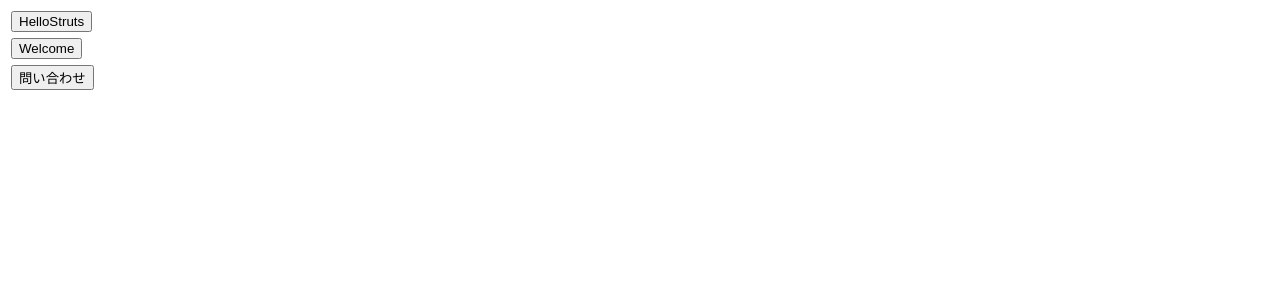
Repository: nhikaru/backup
Page: http://localhost/WebProj2/
An editor plug-in stored every save of this project. The page is shown before and after the next save, followed by the edit.
The browser window is 1280 px wide. The pictures show the whole page.
The page is served by Tomcat 9. Other server files are loaded and not shown.

Above is the page before, as saved 2018-01-12 05:14:48.

### WebProj2/WebContent/index.jsp
<%@ page language="java" contentType="text/html; charset=UTF-8"
    pageEncoding="UTF-8"%>
<%@ taglib prefix="s" uri="/struts-tags" %>
<!DOCTYPE html>
<html>
<head>
<meta charset="UTF-8">
<title>INDEX</title>
</head>
<body>
	<s:form action="HelloStrutsAction">
	<s:submit value="HelloStruts"/>
	</s:form>

	<s:form action="WelcomeAction">
	<s:submit value="Welcome"/>
	</s:form>

	<s:form action="InquiryAction">
	<s:submit value="問い合わせ"/>
	</s:form>

</body>
</html>

After the next save:
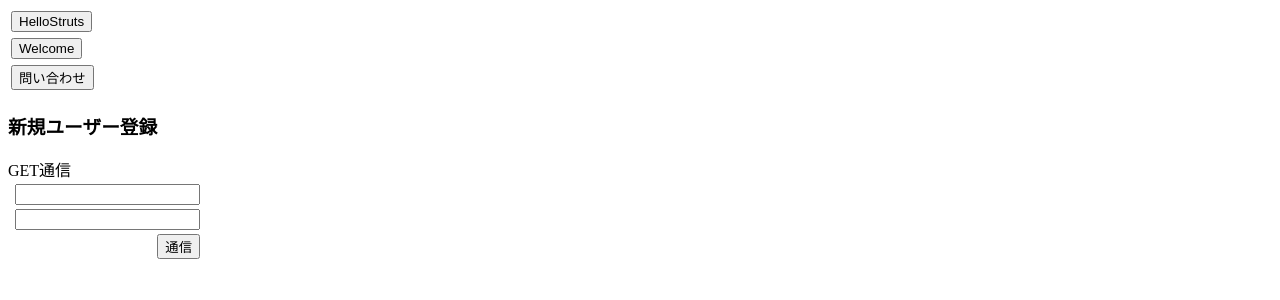
Saved 3 min 56 s later.
--- a/WebProj2/WebContent/index.jsp
+++ b/WebProj2/WebContent/index.jsp
@@ -20,5 +20,13 @@
 	<s:submit value="問い合わせ"/>
 	</s:form>
 
+	<h3>新規ユーザー登録</h3>
+	GET通信
+	<s:form method="get" action="TestAction">
+	<s:textfield name="username"/>
+	<s:password name="password"/>
+	<s:submit value="通信"/>
+	</s:form>
+
 </body>
 </html>
